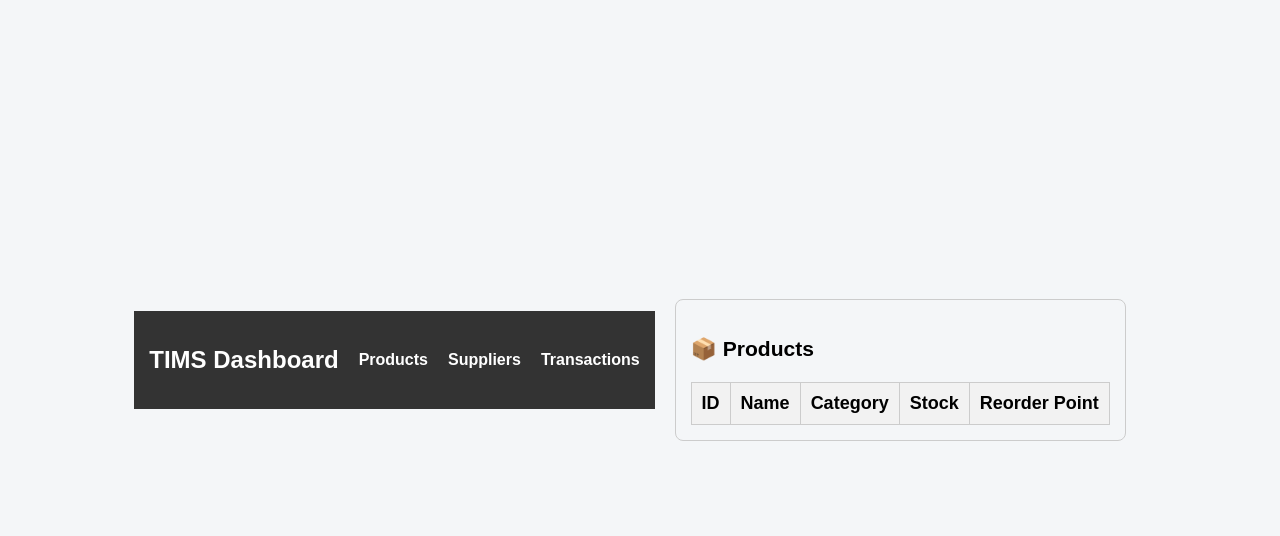
Repository: Soundaryalakshmi2005/Telecom-Management-System
Page: tims-frontends/src/main/webapp/dashboard.html
The author's editor kept a copy of each file at every save. The page is drawn from the files as they stood at one save, then again after the next save.
The browser window is 1280 px wide. The pictures show the whole page.
The page's requests for data from a server got no answer.

Above is the page before, as saved 2025-08-23 14:50:03.

### tims-frontends/src/main/webapp/dashboard.html
<!DOCTYPE html>
<html lang="en">
<head>
  <meta charset="UTF-8">
  <title>TIMS Dashboard</title>
  <link rel="stylesheet" href="css/style.css">
</head>
<body>
  <!-- Navbar -->
  <nav class="navbar">
    <h2>TIMS Dashboard</h2>
    <ul>
      <li><a href="#" id="productsTab">Products</a></li>
      <li><a href="#" id="suppliersTab">Suppliers</a></li>
      <li><a href="#" id="transactionsTab">Transactions</a></li>
    </ul>
  </nav>

  <!-- Main Content -->
  <div class="content">
    <!-- Products -->
    <section id="productsSection" class="section">
      <h3>📦 Products</h3>
      <table id="productsTable">
        <thead>
          <tr>
            <th>ID</th>
            <th>Name</th>
            <th>Category</th>
            <th>Stock</th>
            <th>Reorder Point</th>
          </tr>
        </thead>
        <tbody></tbody>
      </table>
    </section>

    <!-- Suppliers -->
    <section id="suppliersSection" class="section hidden">
      <h3>🏭 Suppliers</h3>
      <table id="suppliersTable">
        <thead>
          <tr>
            <th>ID</th>
            <th>Name</th>
            <th>Contact</th>
            <th>Email</th>
          </tr>
        </thead>
        <tbody></tbody>
      </table>
    </section>

    <!-- Transactions -->
    <section id="transactionsSection" class="section hidden">
      <h3>🔄 Transactions</h3>
      <table id="transactionsTable">
        <thead>
          <tr>
            <th>ID</th>
            <th>Product</th>
            <th>Quantity</th>
            <th>Type</th>
            <th>Timestamp</th>
          </tr>
        </thead>
        <tbody></tbody>
      </table>
    </section>
  </div>

  <script src="js/dashboard.js"></script>
</body>
</html>

### tims-frontends/src/main/webapp/css/style.css
body {
  font-family: Arial, sans-serif;
  background-color: #f4f6f8;
  display: flex;
  justify-content: center;
  align-items: center;
  height: 100vh;
  margin: 0;
}

.login-container {
  background: white;
  padding: 30px;
  border-radius: 12px;
  box-shadow: 0 4px 12px rgba(0,0,0,0.1);
  width: 300px;
  text-align: center;
}

.login-container h2 {
  margin-bottom: 20px;
  color: #333;
}

.login-container input {
  width: 100%;
  padding: 10px;
  margin: 8px 0;
  border: 1px solid #ccc;
  border-radius: 8px;
}

.login-container button {
  width: 100%;
  padding: 10px;
  background-color: #28a745;
  color: white;
  border: none;
  border-radius: 8px;
  cursor: pointer;
  margin-top: 10px;
}

.login-container button:hover {
  background-color: #218838;
}

.error {
  color: red;
  margin-top: 10px;
}

/* Navbar */
.navbar {
  background-color: #333;
  padding: 15px;
  color: white;
  display: flex;
  justify-content: space-between;
  align-items: center;
}

.navbar ul {
  list-style: none;
  margin: 0;
  padding: 0;
  display: flex;
}

.navbar li {
  margin-left: 20px;
}

.navbar a {
  color: white;
  text-decoration: none;
  font-weight: bold;
}

.navbar a:hover {
  text-decoration: underline;
}

/* Sections */
.content {
  padding: 20px;
}

.section {
  margin-top: 20px;
  font-size: 18px;
  padding: 15px;
  border: 1px solid #ccc;
  border-radius: 8px;
}

.hidden {
  display: none;
}

/* Tables */
table {
  width: 100%;
  border-collapse: collapse;
  margin-top: 15px;
}

table, th, td {
  border: 1px solid #ccc;
}

th, td {
  padding: 10px;
  text-align: left;
}

th {
  background-color: #f2f2f2;
}

### tims-frontends/src/main/webapp/js/dashboard.js
document.addEventListener("DOMContentLoaded", function () {
  const productsTab = document.getElementById("productsTab");
  const suppliersTab = document.getElementById("suppliersTab");
  const transactionsTab = document.getElementById("transactionsTab");

  const productsSection = document.getElementById("productsSection");
  const suppliersSection = document.getElementById("suppliersSection");
  const transactionsSection = document.getElementById("transactionsSection");

  function showSection(sectionToShow) {
    [productsSection, suppliersSection, transactionsSection].forEach(section => {
      section.classList.add("hidden");
    });
    sectionToShow.classList.remove("hidden");
  }

  productsTab.addEventListener("click", () => {
    showSection(productsSection);
    loadProducts();
  });
  suppliersTab.addEventListener("click", () => {
    showSection(suppliersSection);
    loadSuppliers();
  });
  transactionsTab.addEventListener("click", () => {
    showSection(transactionsSection);
    loadTransactions();
  });

  // Load data functions
  function loadProducts() {
    fetch("http://localhost:8080/api/products")
      .then(res => res.json())
      .then(data => {
        const tbody = document.querySelector("#productsTable tbody");
        tbody.innerHTML = "";
        data.forEach(p => {
          const row = `<tr>
            <td>${p.id}</td>
            <td>${p.name}</td>
            <td>${p.category}</td>
            <td>${p.stock}</td>
            <td>${p.reorderPoint}</td>
          </tr>`;
          tbody.innerHTML += row;
        });
      })
      .catch(err => console.error("Error loading products:", err));
  }

  function loadSuppliers() {
    fetch("http://localhost:8080/api/suppliers")
      .then(res => res.json())
      .then(data => {
        const tbody = document.querySelector("#suppliersTable tbody");
        tbody.innerHTML = "";
        data.forEach(s => {
          const row = `<tr>
            <td>${s.id}</td>
            <td>${s.name}</td>
            <td>${s.contactNumber}</td>
            <td>${s.email}</td>
          </tr>`;
          tbody.innerHTML += row;
        });
      })
      .catch(err => console.error("Error loading suppliers:", err));
  }

  function loadTransactions() {
    fetch("http://localhost:8080/api/transactions")
      .then(res => res.json())
      .then(data => {
        const tbody = document.querySelector("#transactionsTable tbody");
        tbody.innerHTML = "";
        data.forEach(t => {
          const row = `<tr>
            <td>${t.id}</td>
            <td>${t.product ? t.product.name : "N/A"}</td>
            <td>${t.quantity}</td>
            <td>${t.type}</td>
            <td>${t.timestamp}</td>
          </tr>`;
          tbody.innerHTML += row;
        });
      })
      .catch(err => console.error("Error loading transactions:", err));
  }

  // Load products by default
  loadProducts();
});

After the next save:
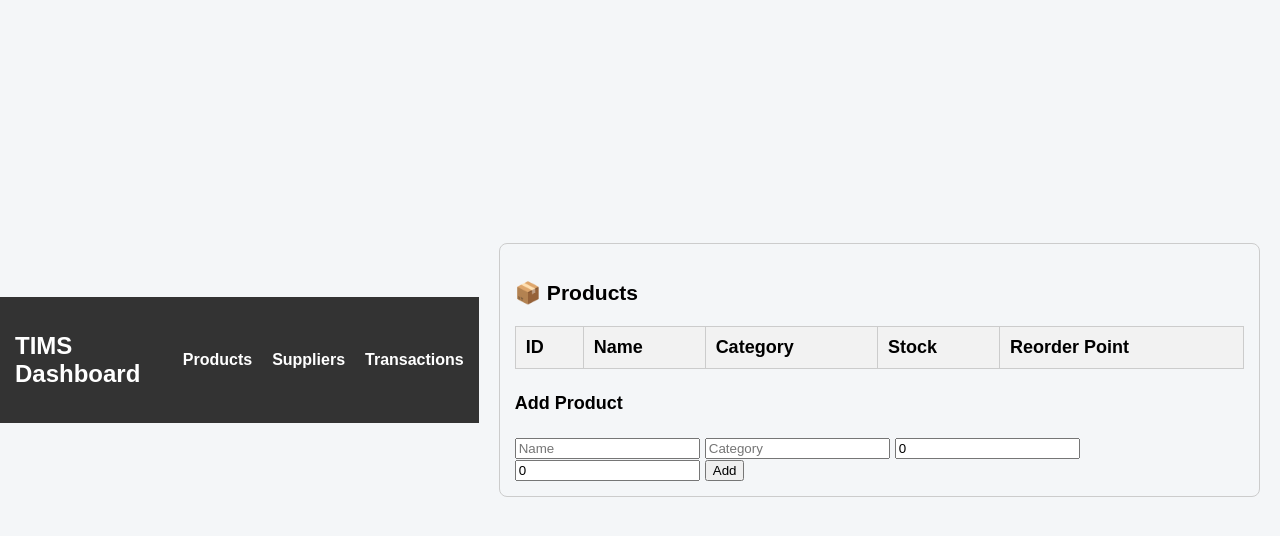
Saved 108 s later.
--- a/tims-frontends/src/main/webapp/dashboard.html
+++ b/tims-frontends/src/main/webapp/dashboard.html
@@ -24,15 +24,20 @@
       <table id="productsTable">
         <thead>
           <tr>
-            <th>ID</th>
-            <th>Name</th>
-            <th>Category</th>
-            <th>Stock</th>
-            <th>Reorder Point</th>
+            <th>ID</th><th>Name</th><th>Category</th><th>Stock</th><th>Reorder Point</th>
           </tr>
         </thead>
         <tbody></tbody>
       </table>
+
+      <h4>Add Product</h4>
+      <form id="productForm">
+        <input type="text" id="prodName" placeholder="Name" required>
+        <input type="text" id="prodCategory" placeholder="Category">
+        <input type="number" id="prodStock" placeholder="Stock" value="0">
+        <input type="number" id="prodReorder" placeholder="Reorder Point" value="0">
+        <button type="submit">Add</button>
+      </form>
     </section>
 
     <!-- Suppliers -->
@@ -41,14 +46,19 @@
       <table id="suppliersTable">
         <thead>
           <tr>
-            <th>ID</th>
-            <th>Name</th>
-            <th>Contact</th>
-            <th>Email</th>
+            <th>ID</th><th>Name</th><th>Contact</th><th>Email</th>
           </tr>
         </thead>
         <tbody></tbody>
       </table>
+
+      <h4>Add Supplier</h4>
+      <form id="supplierForm">
+        <input type="text" id="supName" placeholder="Name" required>
+        <input type="text" id="supContact" placeholder="Contact Number">
+        <input type="email" id="supEmail" placeholder="Email">
+        <button type="submit">Add</button>
+      </form>
     </section>
 
     <!-- Transactions -->
@@ -57,15 +67,22 @@
       <table id="transactionsTable">
         <thead>
           <tr>
-            <th>ID</th>
-            <th>Product</th>
-            <th>Quantity</th>
-            <th>Type</th>
-            <th>Timestamp</th>
+            <th>ID</th><th>Product</th><th>Quantity</th><th>Type</th><th>Timestamp</th>
           </tr>
         </thead>
         <tbody></tbody>
       </table>
+
+      <h4>Add Transaction</h4>
+      <form id="transactionForm">
+        <input type="number" id="txnProductId" placeholder="Product ID" required>
+        <input type="number" id="txnQuantity" placeholder="Quantity" required>
+        <select id="txnType">
+          <option value="IN">IN</option>
+          <option value="OUT">OUT</option>
+        </select>
+        <button type="submit">Add</button>
+      </form>
     </section>
   </div>
 
